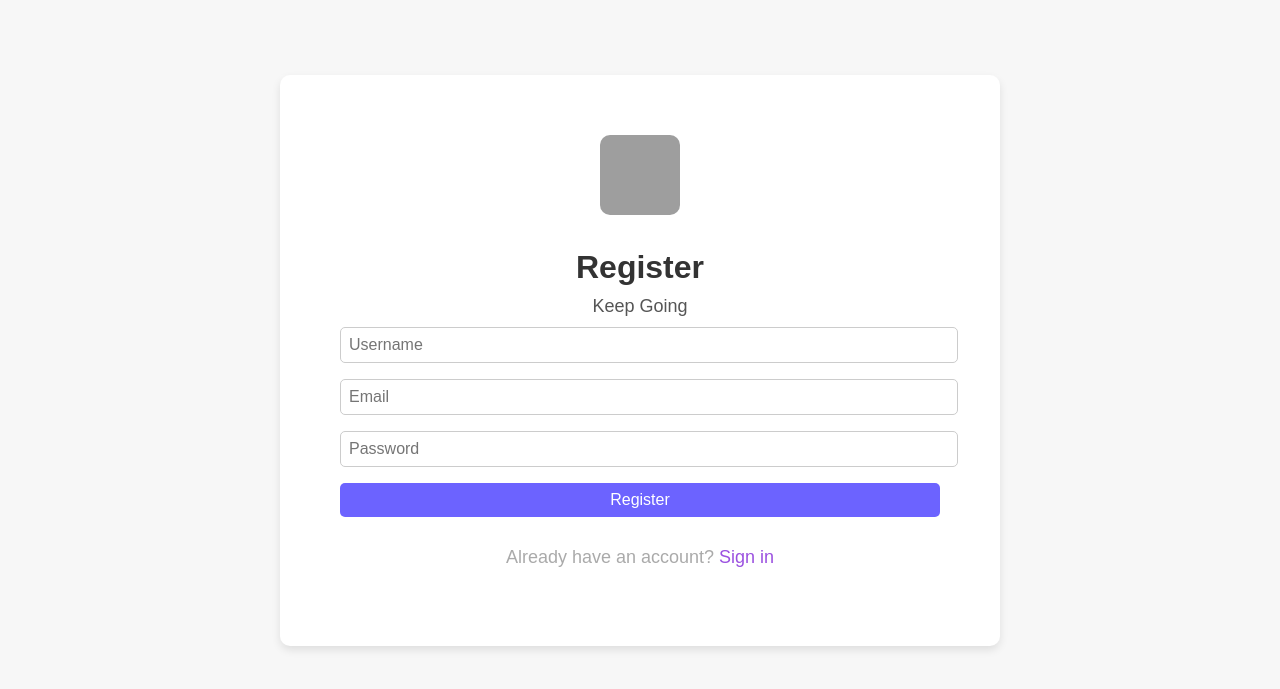
Repository: jvt2/OnlineCourseApp
Page: /register
These files come from the project's save history. The page is drawn as it stood at one moment and after the next save; the edit follows.
The browser window is 1280 px wide. The pictures show the whole page.
Pictures or frames that could not be fetched are drawn as grey boxes. The project was rebuilt for these pictures with package versions that can differ from the ones it lists, and the page was loaded fresh each time. Also part of the build but not shown: src/features/auth/Login.js, src/features/courses/ResumeUpload.js, src/features/courses/CourseRecommendations.js, src/components/common/MyModal.js, src/features/courses/CourseCatalog.js, src/features/courses/CourseDetail.js, src/features/dashboard/Dashboard.js, src/components/common/Navbar.js and 3 more. Imported but missing from the stored project, and not drawn on this page: src/app/reportWebVitals.

Above is the page before, as saved 2024-07-14 14:15:56.

After the next save:
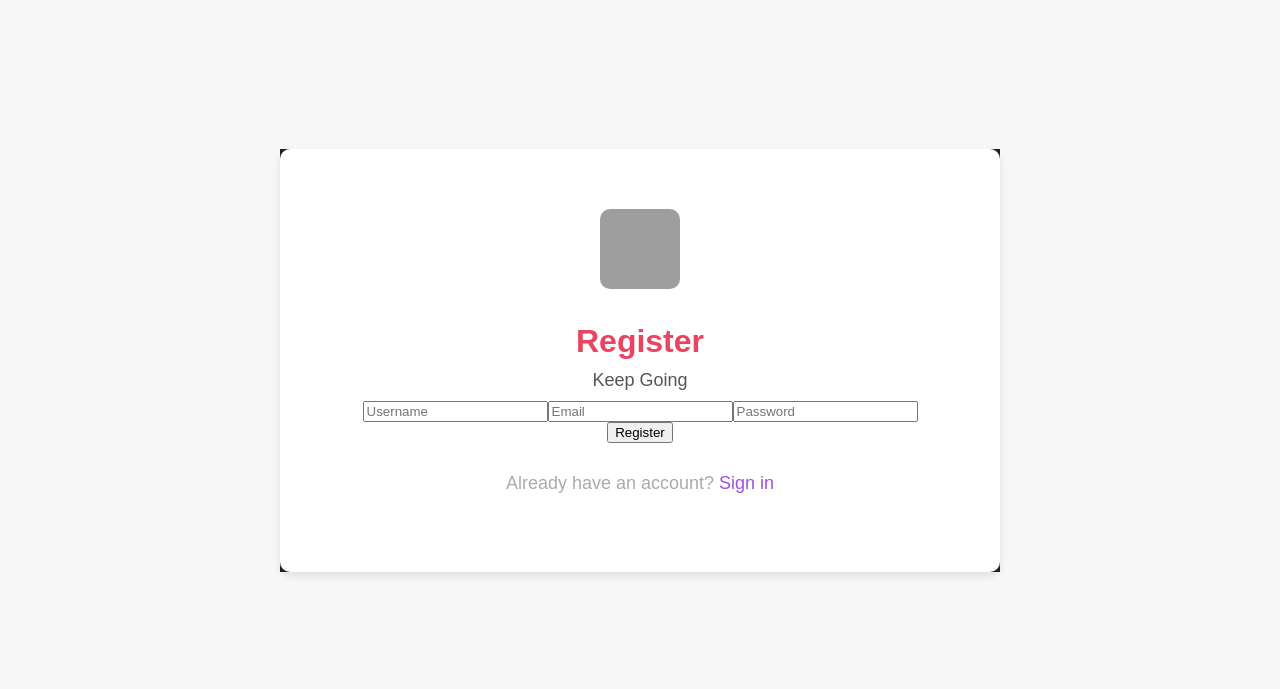
Saved 81 s later.
--- a/src/features/auth/Register.js
+++ b/src/features/auth/Register.js
@@ -3,7 +3,8 @@ import axios from 'axios';
 import { useDispatch } from 'react-redux';
 import { useNavigate } from 'react-router-dom';
 import { logIn } from '../../redux/userReducer'; // Ensure the path is correct
-import './Register.css'; // Ensure this path is correct
+import '../../components/common/LandingPage.css'; // Updated path
+
 
 function Register() {
   const [username, setUsername] = useState('');
